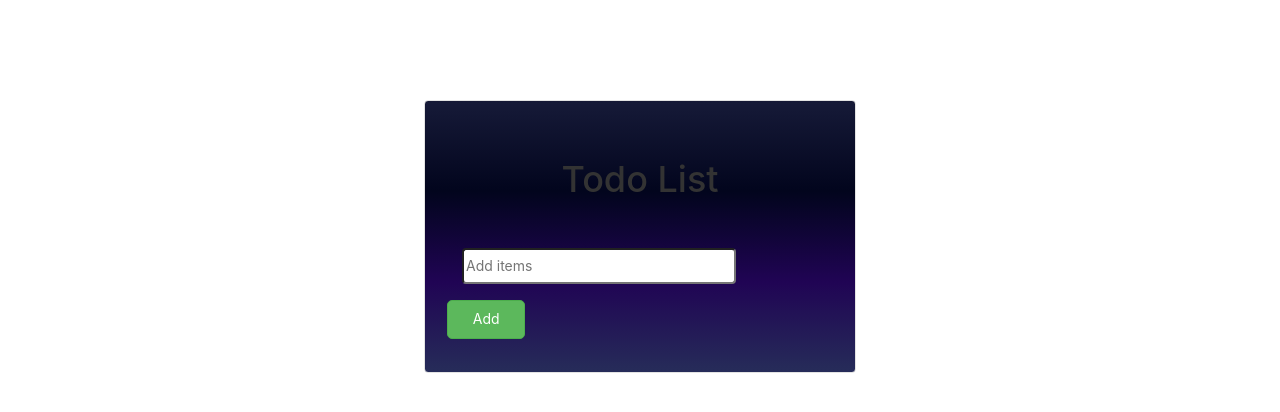
Repository: arpana23/Todo-list
Page: /
An editor plug-in stored every save of this project. The page is shown before and after the next save, followed by the edit.
The browser window is 1280 px wide. The pictures show the whole page.
Some web libraries are served in a nearby version. The project was rebuilt for these pictures with package versions that can differ from the ones it lists, and the page was loaded fresh each time. Also part of the build but not shown: src/Todolist.js.

Above is the page before, as saved 2021-04-15 17:45:21.

After the next save:
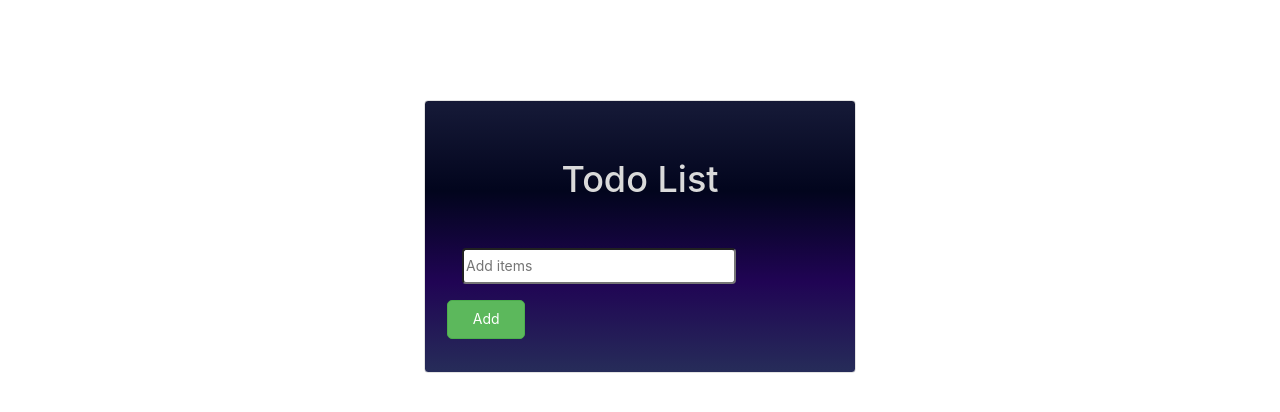
Saved 2 min 42 s later.
--- a/src/App.css
+++ b/src/App.css
@@ -76,3 +76,7 @@
   /* margin: 7px; */
   align-items: center;
 }
+
+.title {
+  color: #dadada ;
+}
